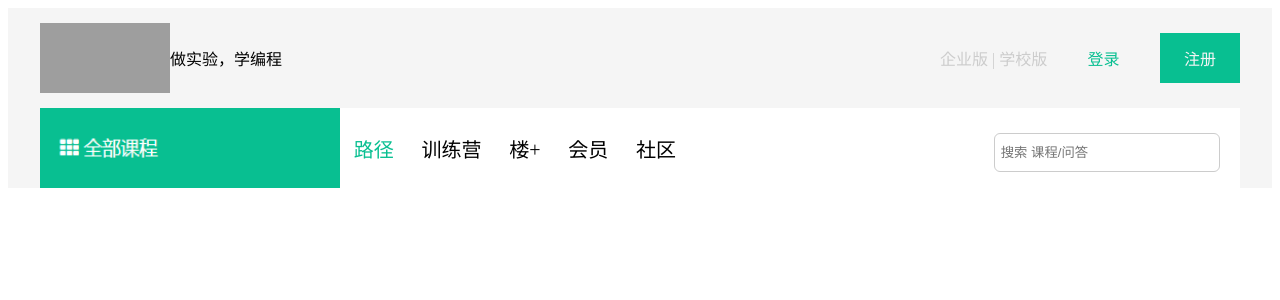
Repository: wuguozheng/xxbb
Page: /
The author's editor kept a copy of each file at every save. The page is drawn from the files as they stood at one save, then again after the next save.
The browser window is 1280 px wide. The pictures show the whole page.
Pictures or frames that could not be fetched are drawn as grey boxes. The project was rebuilt for these pictures with package versions that can differ from the ones it lists, and the page was loaded fresh each time.

Above is the page before, as saved 2020-06-01 14:58:37.

### src/App.vue
<template>
  <div id="app">

    <router-view/>
  </div>
</template>

<style lang="scss">

</style>

### src/views/Home.vue
<template>
 <div>
    <mxs1></mxs1>
 </div>
</template>

<script>
import Mxs1 from '../components/home/Mxs1'
 export default {
   name: '',
   props: {
   },
   components: {
     Mxs1,
   },
   data () {
     return {

     }
   },
   methods: {

   },
   mounted() {

   },
   watch: {

   },
   computed: {

   }
 }
</script>

<style scoped lang='scss'>

</style>

### src/components/home/Mxs1.vue
<template>
  <div>
    <div class="rap">
      <div class="rap-1">
        <div class="left">
          <img
            data-v-7629dae3
            src="https://static.shiyanlou.com/frontend/dist/img/9f43b00.svg"
            alt="实验楼"
            width="130"
            height="70"
          />
          <div>做实验，学编程</div>
        </div>
        <div class="rap-2">
          <div class="timi-1">企业版 | 学校版</div>
          <div class="timi-2">登录</div>
          <div class="timi">注册</div>
        </div>
      </div>
      <div class="run">
        <img src="../home/QQ截图20200601133655.png" alt="" width="300" height="80">
        <div class="run-1">
          <div class="ki">路径</div>
          <div class="ki2">训练营</div>
          <div class="ki3">楼+</div>
          <div class="ki4">会员</div>
          <div class="ki5">社区</div>
        </div>
        <div class="run-2">
          <input type="text" placeholder=" 搜索 课程/问答" class="run-3">
        </div>
      </div>
    </div>
  </div>
</template>

<script>
export default {
  name: "",
  props: {},
  components: {},
  data() {
    return {};
  },
  methods: {},
  mounted() {},
  watch: {},
  computed: {}
};
</script>

<style scoped lang='scss'>
.rap {
  width: 100%;
  height: 180px;
  background: whitesmoke;
  display: flex;
  justify-content: center;
  align-items: center;
  flex-direction: column;
}
.rap-1 {
  width: 1200px;
  height: 100px;
  background: transparent;
  position: relative;
  display: flex;
  justify-content: center;
  align-items: center;
}
.left {
  position: absolute;
  left: 0;
  display: flex;
  justify-content: center;
  align-items: center;
}
.rap-2 {
  display: flex;
  width: 300px;
  height: 100px;
  background: transparent;
  justify-content: space-between;
  align-items: center;
  position: absolute;
  right: 0;
}
.timi {
  width: 80px;
  height: 50px;
  background: rgb(8, 191, 145);
  display: flex;
  justify-content: center;
  align-items: center;
  color: whitesmoke;
  &:hover {
    cursor: pointer;
  }
}
.timi-1 {
  color: #ccc;
  &:hover {
    cursor: pointer;
    color: rgb(8, 191, 145);
  }
}
.timi-2 {
  color: rgb(8, 191, 145);
  &:hover {
    cursor: pointer;
    color: #ccc;
  }
}
.run {
  width: 1200px;
  height: 80px;
  background: white;
  display: flex;
  position: relative;
}
.run-1 {
  width: 350px;
  height: 80px;
  background: transparent;
  display: flex;
  justify-content: space-around;
  align-items: center;
  font-size: 20px;
  &:hover {
    cursor: pointer;
  }
}
.run-2 {
  position: absolute;
  right: 20px;
  margin-top: 25px;
}
.run-3 {
  width: 220px;
  height: 35px;
  border: 1px solid #ccc;
  border-radius: 6px;
  &:hover{
    outline: none;
    border: 1px solid rgb(8, 191, 145);
  }
}
.ki {
  cursor: pointer;
   color: rgb(8, 191, 145);
   .ki2 {
      cursor: pointer;
   color: rgb(8, 191, 145);
   }
   .ki3 {
      cursor: pointer;
   color: rgb(8, 191, 145);
   }
   .ki4 {
      cursor: pointer;
   color: rgb(8, 191, 145);
   }
   .ki5 {
      cursor: pointer;
   color: rgb(8, 191, 145);
   }
}
</style>

Loaded but not shown: src/main.js (common file); src/router/index.js (common file); src/store/index.js (common file)

After the next save:
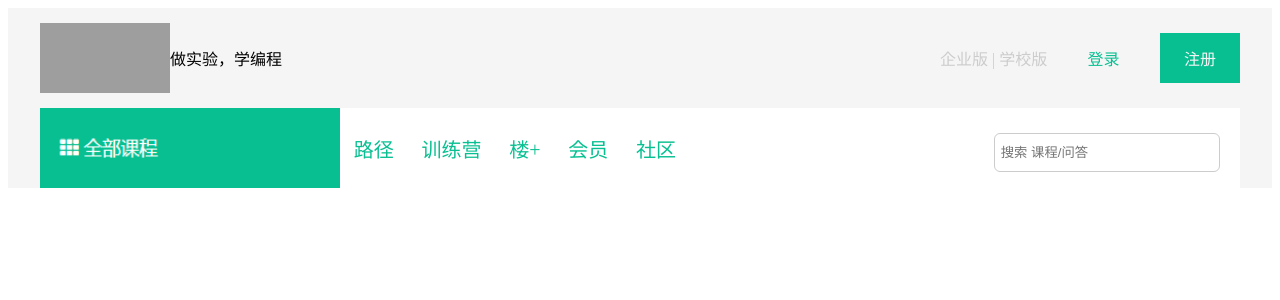
Saved 34 s later.
--- a/src/components/home/Mxs1.vue
+++ b/src/components/home/Mxs1.vue
@@ -149,7 +149,8 @@
 .ki {
   cursor: pointer;
    color: rgb(8, 191, 145);
-   .ki2 {
+}
+.ki2 {
       cursor: pointer;
    color: rgb(8, 191, 145);
    }
@@ -165,5 +166,4 @@
       cursor: pointer;
    color: rgb(8, 191, 145);
    }
-}
 </style>

After the save that followed:
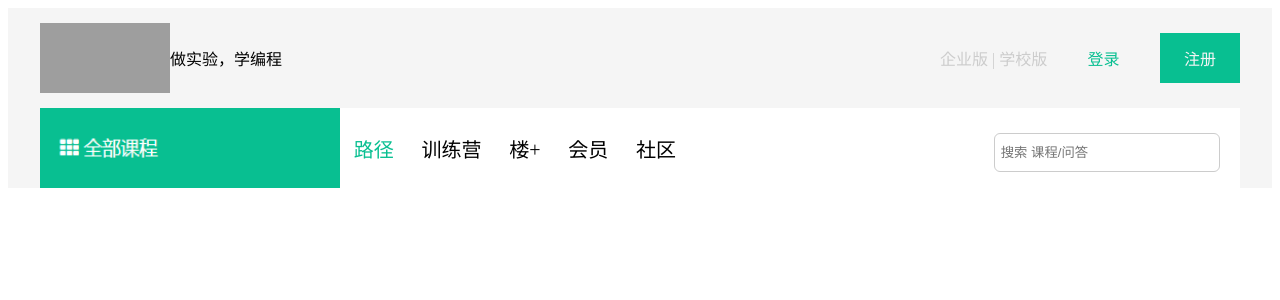
Saved 28 s later.
--- a/src/components/home/Mxs1.vue
+++ b/src/components/home/Mxs1.vue
@@ -150,20 +150,5 @@
   cursor: pointer;
    color: rgb(8, 191, 145);
 }
-.ki2 {
-      cursor: pointer;
-   color: rgb(8, 191, 145);
-   }
-   .ki3 {
-      cursor: pointer;
-   color: rgb(8, 191, 145);
-   }
-   .ki4 {
-      cursor: pointer;
-   color: rgb(8, 191, 145);
-   }
-   .ki5 {
-      cursor: pointer;
-   color: rgb(8, 191, 145);
-   }
+
 </style>
